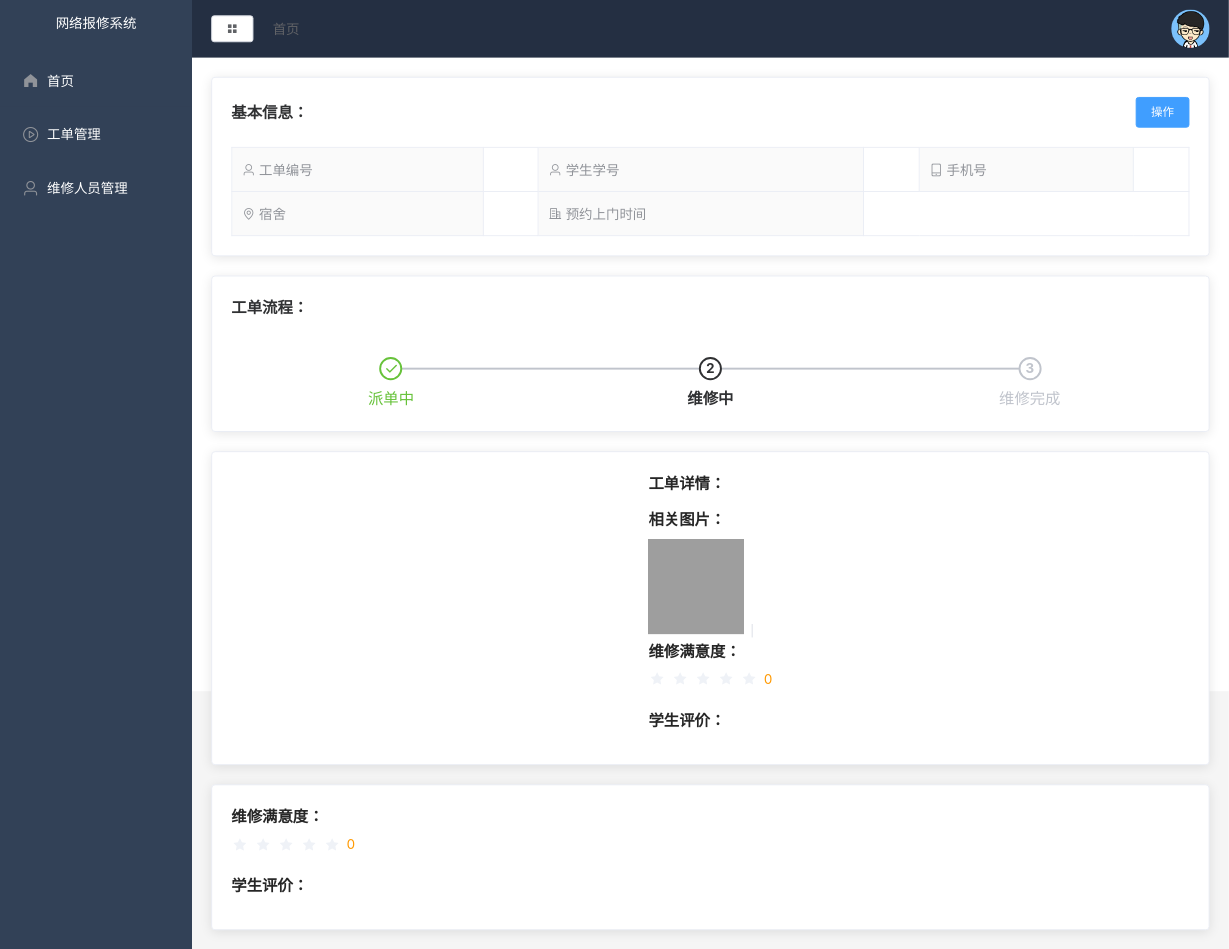
Repository: LtheW/vue
Page: /submit
These files come from the project's save history. The page is drawn as it stood at one moment and after the next save; the edit follows.
The browser window is 1280 px wide. The pictures show the whole page, at 96% of full size.
Pictures or frames that could not be fetched are drawn as grey boxes. The page's requests for data from a server got no answer. The project was rebuilt for these pictures with package versions that can differ from the ones it lists, and the page was loaded fresh each time. No one was signed in, and anything a server would have sent is missing. Also part of the build but not shown: vue.config.js, src/components/CommonTag.vue, src/views/Maintainer/Add.vue.

Above is the page before, as saved 2022-03-27 13:09:21.

### src/main.js
import Vue from 'vue'
import App from './App.vue'
import router from './router'
import store from './store'
//引入element ui
import ElementUI from 'element-ui';
import 'element-ui/lib/theme-chalk/index.css';
import '@/assets/scss/reset.scss' //全局样式
import Axios from 'axios';//后台交互
import Antd from 'ant-design-vue';
import 'ant-design-vue/dist/antd.css';
import 'font-awesome/scss/font-awesome.scss'
Vue.prototype.$http=Axios
//defaults 设置全局默认路径
Axios.defaults.baseURL="/"

Vue.use(ElementUI,Antd);
Vue.config.productionTip = false

new Vue({
  router,
  store,
  render: h => h(App)
}).$mount('#app')

### src/router/index.js
import Vue from 'vue'
import VueRouter from 'vue-router'
import Main from '../views/Main.vue'
import Submit from'../views/Submit.vue'
import Maintainer_Add from'../views/Maintainer/Add.vue'
Vue.use(VueRouter)

const routes = [
  {
    path:'/login',
    name:'Login',
    component:()=>import('@/views/Login')
  },
  {

    path: '/',
    name: 'Main',
    component: Main,
    children: [
      {
        path: '/',
        name: 'search',
        component: () => import('@/views/About')
      },
      {
        path: '/form',
        name: 'form',
        component: () => import('@/views/Form/Form')
      },
      {
        path: '/home',
        name: 'home',
        component: () => import('@/views/Maintainer/Maintainer')
      },
      {
        path: '/submit',
        name: 'submit',
        component: Submit,
      },
      {
        path: '/maintainer_add',
        name: 'add',
        component: Maintainer_Add,
      },
    ]
    },


]

const router = new VueRouter({
  mode:'history',
  base: process.env.BASE_URL,
  routes
})

export default router

### src/views/Main.vue
<template>
  <el-container style="height: 100%">
    <el-aside width="auto" height="100%" ><common-aside></common-aside></el-aside>
    <el-container>
      <el-header>
        <common-header></common-header>

      </el-header>
      <el-main><router-view /></el-main>
    </el-container>
  </el-container>
</template>

<script>
import CommonAside from "../components/CommonAside.vue";
import CommonHeader from "../components/CommonHeader.vue";
import CommonTag from "../components/CommonTag.vue";
export default {
  name: "Main",
  components: { CommonAside, CommonHeader, CommonTag },
};
</script>
, CommonTab
<style lang="scss" scoped>
.el-header {
  background: #242F42;
}
.el-main {
  padding-top: 20rpx;
}
</style>

### src/views/Submit.vue
<template>
  <div class="form">
    <div>
      <el-card>
        <el-descriptions
          class="margin-top"
          title="基本信息："
          :column="3"
          :size="size"
          border
        >
          <template slot="extra">
            <el-button type="primary" size="small">操作</el-button>
          </template>
          <el-descriptions-item width="150">
            <template slot="label">
              <i class="el-icon-user"></i>
              工单编号
            </template>
            {{ form.workorderNumber }}
          </el-descriptions-item>
          <el-descriptions-item>
            <template slot="label">
              <i class="el-icon-user"></i>
              学生学号
            </template>
            {{ form.fkStudentNumber }}
          </el-descriptions-item>
          <el-descriptions-item>
            <template slot="label">
              <i class="el-icon-mobile-phone"></i>
              手机号
            </template>
            {{ form.contactInformation }}
          </el-descriptions-item>
          <el-descriptions-item>
            <template slot="label">
              <i class="el-icon-location-outline"></i>
              宿舍
            </template>
            {{ form.address }}
          </el-descriptions-item>
          <el-descriptions-item>
            <template slot="label">
              <i class="el-icon-office-building"></i>
              预约上门时间
            </template>
            {{ form.fixedTime }}
          </el-descriptions-item>
        </el-descriptions>
      </el-card>
    </div>

    <div class="p">
      <el-card>
        <i class="title">工单流程：</i>
        <div>
          <el-steps
            :space="600"
            :active="1"
            finish-status="success"
            align-center="true"
            style="padding-top: 40px"
          >
            <el-step title="派单中"></el-step>
            <el-step title="维修中"></el-step>
            <el-step title="维修完成"></el-step>
          </el-steps>
        </div>
      </el-card>
      <div class="p">
        <el-card class="panel">
          <h5 class="title">工单详情：</h5>

          <p>{{ form.workorderContent }}</p>

          <h5 class="title">相关图片：</h5>
          <el-image
            style="width: 100px; height: 100px"
            :src="url"
            :preview-src-list="srcList"
          >
          </el-image>
            <el-divider direction="vertical"></el-divider>

          <h5 class="title">维修满意度：</h5>
          <el-rate
            v-model="form.maintenanceSatisfaction"
            disabled
            show-score
            text-color="#ff9900"
            score-template="{value}"
          >
          </el-rate>

          <div class="p">
          <h5 class="title">学生评价：</h5>
          <p>{{ form.evaluation }}</p>
          </div>
        </el-card>
         </div>
        <div class="p">
        <el-card>
          <h5 class="title">维修满意度：</h5>
          <el-rate
            v-model="form.maintenanceSatisfaction"
            disabled
            show-score
            text-color="#ff9900"
            score-template="{value}"
          >
          </el-rate>
          <div class="p">
          <h5 class="title">学生评价：</h5>
          <p>{{ form.evaluation }}</p>
          </div>
        </el-card>
        </div>

    </div>
  </div>
</template>
<script>
export default {
  data() {
    return {
      form: {},
      workorderNumber: "",
      url: "https://fuss10.elemecdn.com/e/5d/4a731a90594a4af544c0c25941171jpeg.jpeg",
      srcList: [],
    };
  },
  created() {
    this.workorderNumber = this.$route.params.workorderNumber;
    this.Load();
  },
  methods: {
    goBack() {
      this.$router.go(-1);
    },
    onSubmit() {},
    Load() {
      this.$http({
        url: "/api/administer/getorder",
        method: "get",
        headers: { "X-Requested-With": "XMLHttpRequest" },
        params: {
          workorder_number: this.workorderNumber,
        }, //传值 如：params:{id:1,name:"gw"}
      }).then((res) => {
        this.form = res.data.data[0];
        console.log(this.form);
        var jsonstr = JSON.parse(res.data.data[0].pictureAddress);
        var arr = this.srcList;
        for (var i = 0; i < 3; i++) {
          if (jsonstr[i] == null) {
            break;
          }
          arr.push(jsonstr[i]);
        }
        this.srcList = arr;
      });
    },
  },
};
</script>

<style >
.form {
  display: flex;
  flex-direction: column;
  justify-content: center;
  align-content: center;
}

.title {
  font-size: 16px;
  font-weight: 700;
}
.p {
  padding-top: 20px;
}
.border {
  border: 1px solid grey;
}
.panel{
  display: flex;
  flex-direction: row;
  justify-content: space-around;
}
</style>

### src/store/tab.js
export default{
    state:{
        isCollapse: false
    },
    mutations:{
        collapseMenu(state){
            state.isCollapse=!state.isCollapse
        }
    }
}

### src/components/CommonAside.vue
<template>
  <el-menu
    class="el-menu-vertical-demo"
    :collapse="isCollapse"
    background-color="#324157"
    text-color="#fff"
    active-text-color="#ffd04b"
  >
    <h3 v-show="!isCollapse">网络报修系统</h3>
    <h3 v-show="isCollapse">后台</h3>
    <el-menu-item
      :index="item.path"
      v-for="item in noChildren"
      :key="item.path"
      @click="clickMenu(item)"
    >
      <i :class="'el-icon-' + item.icon"></i>
      <span slot="title">{{ item.label }}</span>
    </el-menu-item>
    <el-submenu :index="item.label" v-for="item in hasChildren" :key="item.path">
      <template slot="title">
        <i :class="'el-icon-' + item.icon"></i>
        <span slot="title">{{ item.label }}</span>
      </template>
      <el-menu-item-group>
        <el-menu-item
          :index="subItem.path"
          v-for="(subItem, subIndex) in item.children"
          :key="subIndex"
          @click="clickMenu(item)"
        >
          <i :class="'el-icon-' + subItem.icon"></i>
          <span slot="title">{{ subItem.label }}</span>
        </el-menu-item>
      </el-menu-item-group>
    </el-submenu>
  </el-menu>
</template>

<script>
export default {
  data() {
    return {
      menu: [
        {
          path: "/",
          name: "search",
          label: "首页",
          icon: "s-home",
          url: "Maintainer/Maintainer",
        },
        {
          path: "/form",
          name: "form",
          label: "工单管理",
          icon: "video-play",
          url: "Form/Form",
        },
        {
          path: "/home",
          name: "home",
          label: "维修人员管理",
          icon: "user",
          url: "Home/Home",
        },
      ],
    };
  },
  methods: {
    // handleOpen(key, keyPath) {
    //   console.log(key, keyPath);
    // },
    // handleClose(key, keyPath) {
    //   console.log(key, keyPath);
    // },
    clickMenu(item) {
      this.$router.push({ name: item.name });
      this.$store.commit("selectMenu", item);
    },
  },
  computed: {
    noChildren() {
      return this.menu.filter((item) => !item.children);
    },
    hasChildren() {
      return this.menu.filter((item) => item.children);
    },
    isCollapse() {
      return this.$store.state.tab.isCollapse;
    },
  },
};
</script>

<style lang="scss" scoped>
.el-menu {
  height: 100%;
  border: none;
  h3 {
    color: #ffffff;
    text-align: center;
    line-height: 48px;
  }
}
.el-menu-vertical-demo:not(.el-menu--collapse) {
  width: 200px;
  min-height: 100vh;
}
</style>

### src/components/CommonHeader.vue
<template>
  <header>
    <div class="l-content">
      <el-button plain icon="el-icon-menu" size="mini" @click="handleMenu"></el-button>
      <el-breadcrumb>
        <el-breadcrumb-item :to="{ path: '/' }">首页</el-breadcrumb-item>
        <el-breadcrumb-item :to="current.path" v-if="current">{{
          current.label
        }}</el-breadcrumb-item>
      </el-breadcrumb>
    </div>
    <div class="r-content">
      <el-dropdown trigger="click" size="mini">
        <span class="el-dropdown-link">
          <img :src="userImg" class="user" />
        </span>
        <el-dropdown-menu slot="dropdown">
          <el-dropdown-item>个人中心</el-dropdown-item>
          <el-dropdown-item @click.native="logOut">退出</el-dropdown-item>
        </el-dropdown-menu>
      </el-dropdown>
    </div>
  </header>
</template>

<script>
import { mapState } from "vuex";
export default {
  data() {
    return {
      userImg: require("../assets/images/user.png"),
    };
  },
  methods: {
    handleMenu() {
      this.$store.commit("collapseMenu");
    },
    logOut() {
      this.$store.commit("clearToken");
      this.$store.commit("clearMenu");
      // location.reload();
      this.$router.push("/login");
    },
  },
  computed: {
    ...mapState({
      current: (state) => state.tab.currentMenu,
    }),
  },
};
</script>

<style lang="scss" scoped>
header {
  display: flex;
  height: 100%;
  align-items: center;
  justify-content: space-between;
}

.l-content {
  display: flex;
  align-items: center;
  .el-button {
    margin-right: 20px;
  }
}

.r-content {
  .user {
    width: 40px;
    height: 40px;
    border-radius: 50%;
  }
}
</style>

<style lang="scss">
.el-breadcrumb__item {
  .el-breadcrumb__inner {
    color: #666;
    font-weight: normal;
  }
  &:last-child {
    .el-breadcrumb__inner {
      color: white;
    }
  }
}
</style>

Loaded but not shown: public/index.html (common file); src/App.vue (common file); src/store/index.js (common file); src/assets/scss/reset.scss (common file)

After the next save:
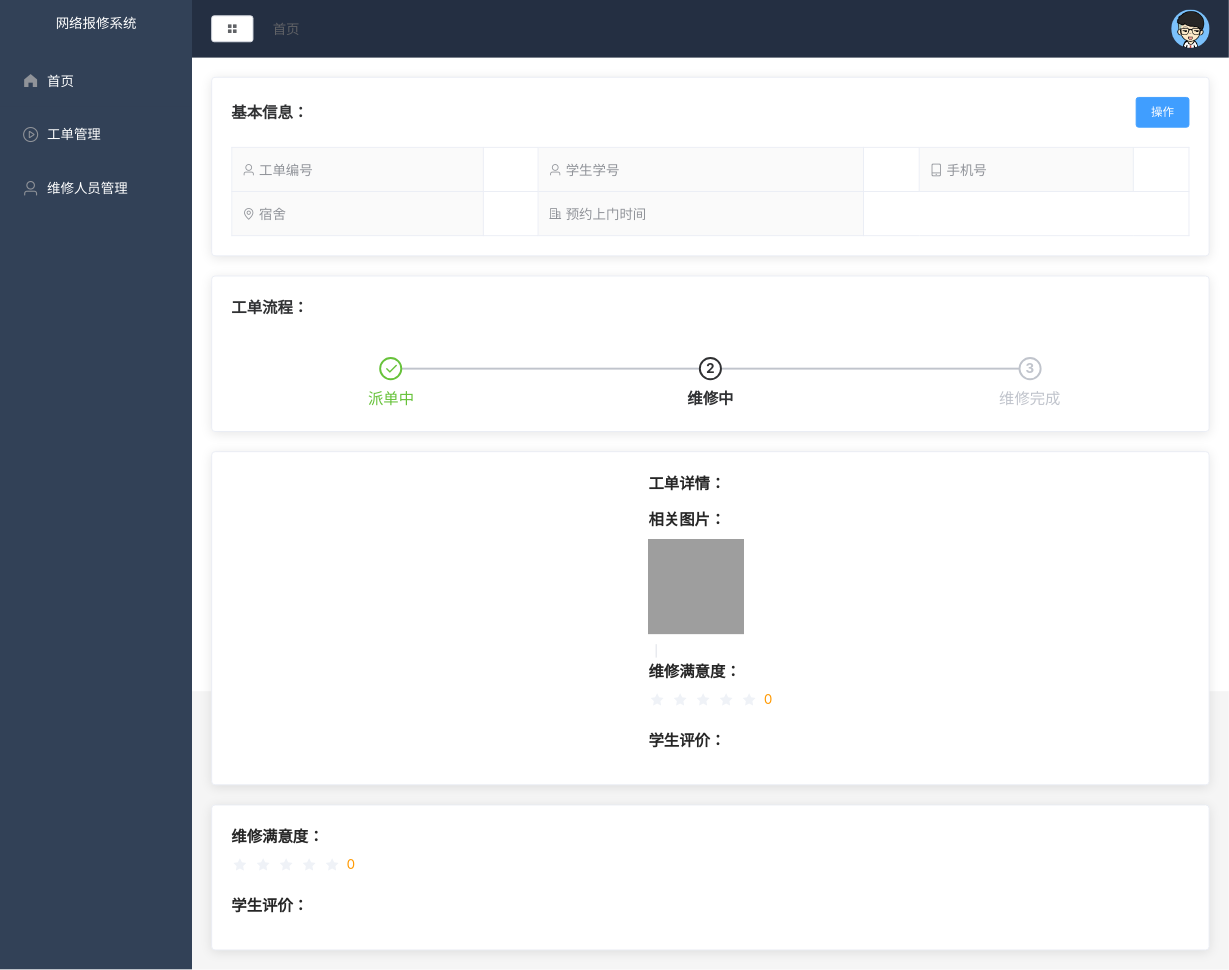
Saved 47 s later.
--- a/src/views/Submit.vue
+++ b/src/views/Submit.vue
@@ -70,6 +70,7 @@
       </el-card>
       <div class="p">
         <el-card class="panel">
+          <div>
           <h5 class="title">工单详情：</h5>
 
           <p>{{ form.workorderContent }}</p>
@@ -81,8 +82,9 @@
             :preview-src-list="srcList"
           >
           </el-image>
+          </div>
             <el-divider direction="vertical"></el-divider>
-
+          <div>
           <h5 class="title">维修满意度：</h5>
           <el-rate
             v-model="form.maintenanceSatisfaction"
@@ -96,6 +98,7 @@
           <div class="p">
           <h5 class="title">学生评价：</h5>
           <p>{{ form.evaluation }}</p>
+          </div>
           </div>
         </el-card>
          </div>
